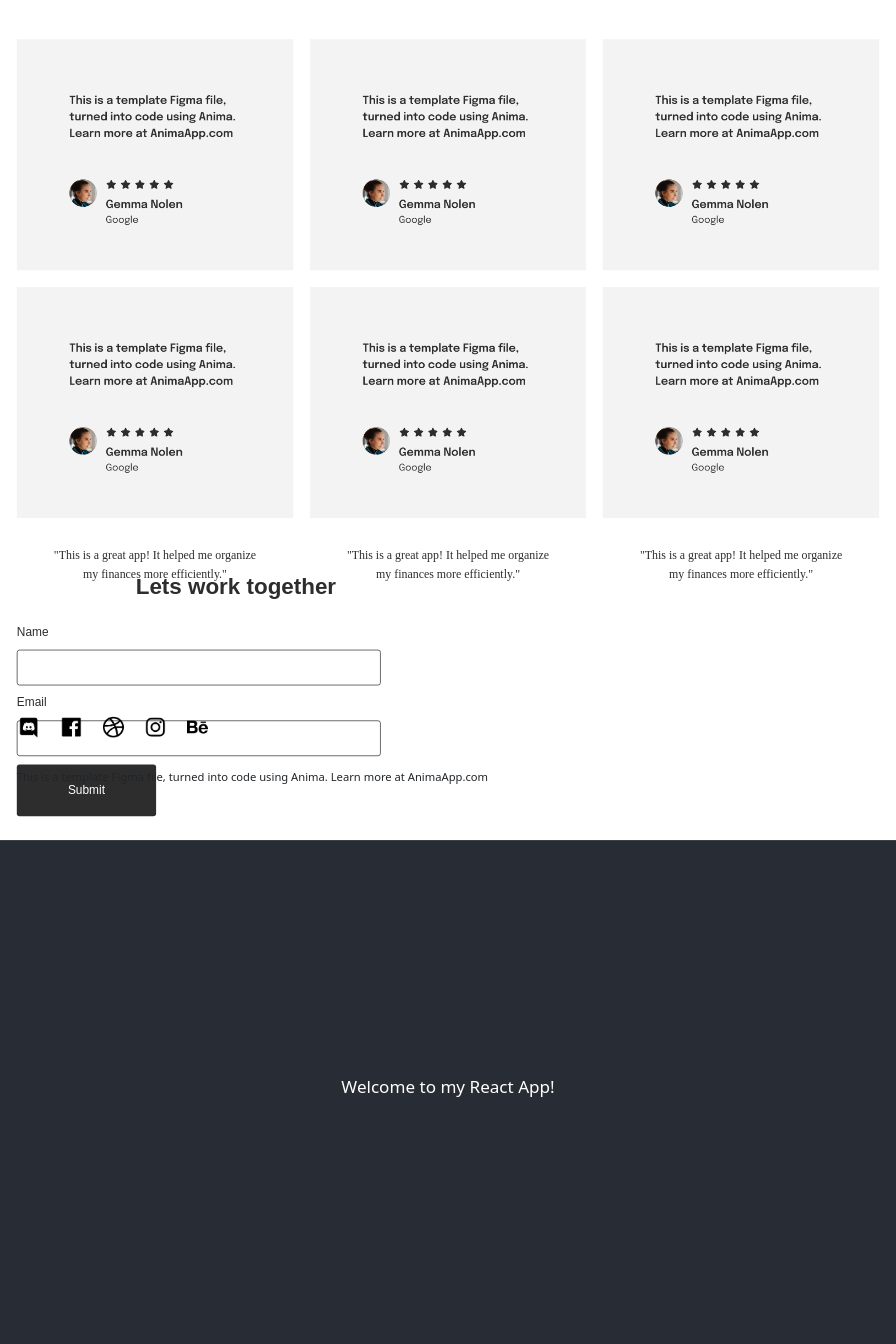
Repository: nida463/project-portofolio
Page: /
The author's editor kept a copy of each file at every save. The page is drawn from the files as they stood at one save, then again after the next save.
The browser window is 1280 px wide. The pictures show the part of the page from y = 2193 to 4113 px (the page is 4113 px tall), at 70% of full size.
The project was rebuilt for these pictures with package versions that can differ from the ones it lists, and the page was loaded fresh each time.

Above is the page before, as saved 2024-09-18 11:38:28.

After the next save:
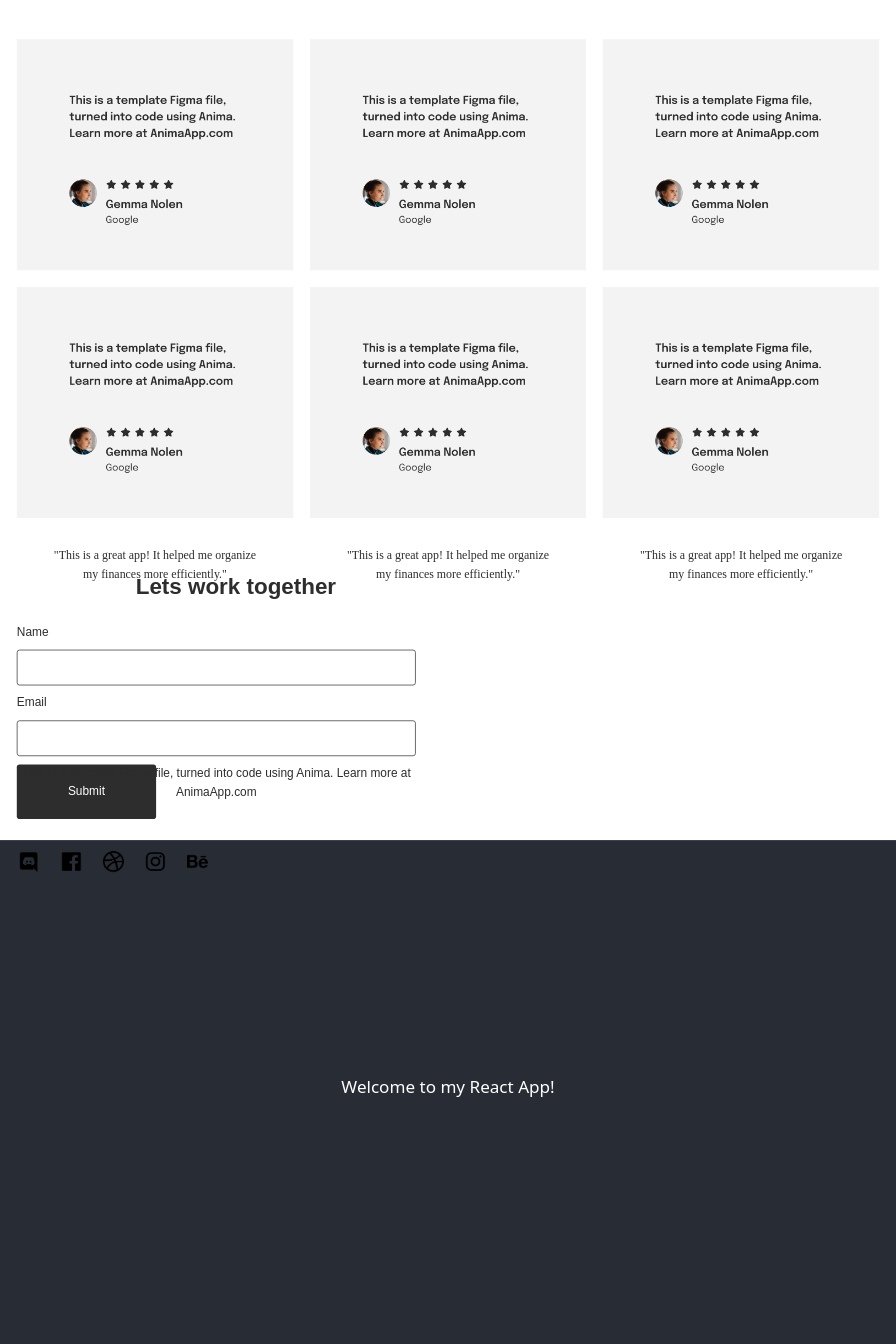
Saved 17 s later.
--- a/src/Components/Contact.css
+++ b/src/Components/Contact.css
@@ -24,7 +24,7 @@
     color: #2D2D2D;
   }
 
-  /* Contact Section Content */
+  /* Contact Content */
   .contact-content {
     display: flex;
     flex-direction: row;
@@ -37,6 +37,18 @@
     height: 232px;
   }
 
+  /* Contact Info */
+  .contact-info {
+    display: flex;
+    flex-direction: column;
+    align-items: flex-start;
+    padding: 0px;
+    gap: 42px;
+    width: 570px;
+    min-width: 320px;
+    height: 159px;
+  }
+
   /* Contact Form */
   .contact-form {
     display: flex;
@@ -44,8 +56,8 @@
     align-items: flex-start;
     padding: 0px;
     gap: 12px;
-    width: 520px;
-    height: 130px;
+    width: 100%;
+    height: auto;
   }
 
   .contact-form label {
@@ -94,11 +106,23 @@
     align-items: flex-start;
     padding: 0px;
     gap: 24px;
-    width: 570px;
-    height: 36px;
+    width: 100%;
+    height: auto;
   }
 
   .social-icon {
     width: 36px;
     height: 36px;
   }
+
+  /* Contact Description */
+  .contact-description {
+    width: 570px;
+    height: 81px;
+    font-family: 'Epilogue', sans-serif;
+    font-style: normal;
+    font-weight: 400;
+    font-size: 17px;
+    line-height: 27px;
+    color: #2D2D2D;
+  }
